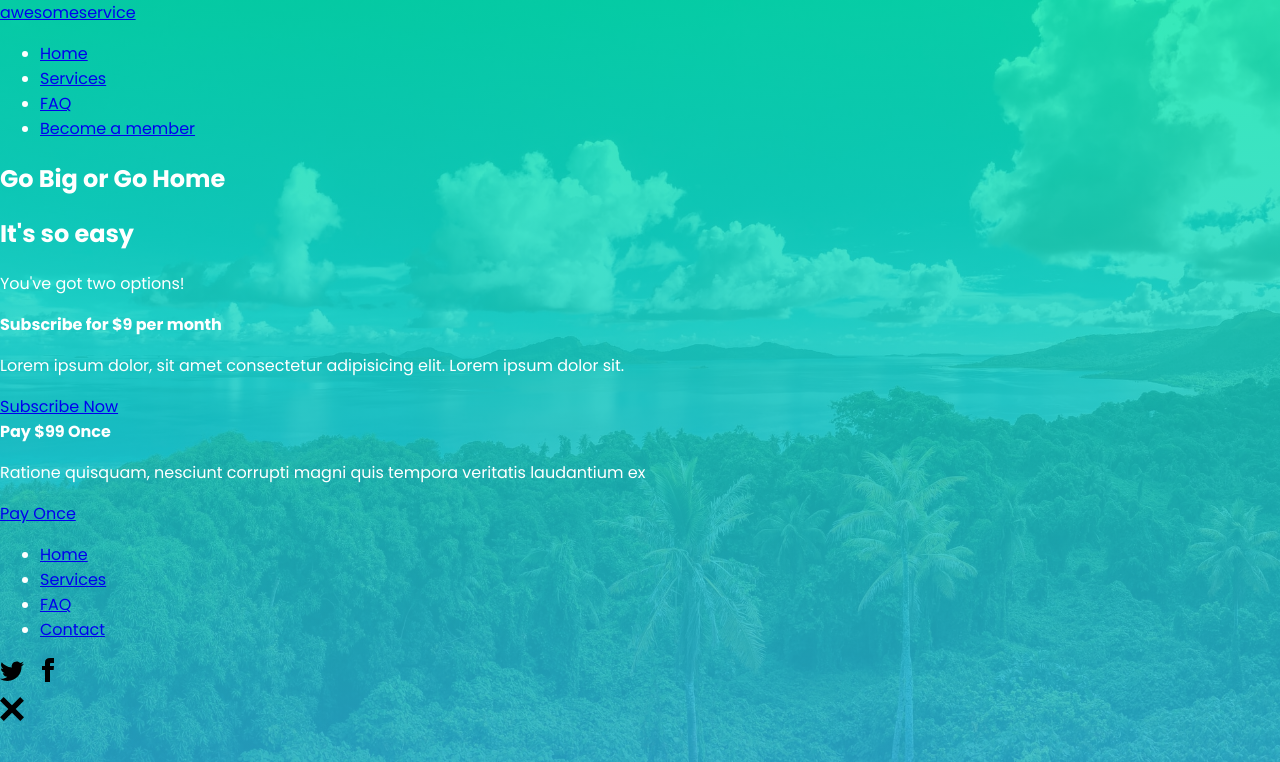
Repository: Hyperion72R/Animated-Navigation
Page: index.html
These files come from the project's save history. The page is drawn as it stood at one moment and after the next save; the edit follows.
The browser window is 1280 px wide. The pictures show the whole page.
The style sheet was rebuilt from its Sass, Less or Tailwind sources for each picture, by a compiler version that may differ from the author's.

Above is the page before, as saved 2021-08-14 15:41:44.

### index.html
<!DOCTYPE html>
<html lang="en">
  <head>
    <meta charset="UTF-8" />
    <meta http-equiv="X-UA-Compatible" content="IE=edge" />
    <meta name="viewport" content="width=device-width, initial-scale=1.0" />
    <title>Document</title>
    <link rel="stylesheet" href="css/main.css" />
  </head>
  <body>
    <header>
      <a href="#" class="logo">awesomeservice</a>

      <nav>
        <ul>
          <li><a href="#">Home</a></li>
          <li><a href="#">Services</a></li>
          <li><a href="#">FAQ</a></li>
          <li class="active"><a href="#">Become a member</a></li>
        </ul>
      </nav>
    </header>

    <section>
      <h1>Go Big or Go Home</h1>
    </section>

    <div class="overlay">
      <div class="left">
        <h2>It's so easy</h2>
        <p>You've got two options!</p>

        <div class="cards">
          <div class="card">
            <strong>Subscribe for $9 per month</strong>
            <p>
              Lorem ipsum dolor, sit amet consectetur adipisicing elit. Lorem
              ipsum dolor sit.
            </p>
            <a href="#" class="cta">Subscribe Now</a>
          </div>

          <div class="card">
            <strong>Pay $99 Once</strong>
            <p>
              Ratione quisquam, nesciunt corrupti magni quis tempora veritatis
              laudantium ex
            </p>
            <a href="#" class="cta pay-once">Pay Once</a>
          </div>
        </div>
      </div>

      <div class="middle">
        <ul class="secondary">
          <li><a href="#">Home</a></li>
          <li><a href="#">Services</a></li>
          <li><a href="#">FAQ</a></li>
          <li><a href="#">Contact</a></li>
        </ul>

        <div class="social-nav">
          <a href="" class="twitter"
            ><svg
              xmlns="http://www.w3.org/2000/svg"
              width="32"
              height="32"
              viewBox="0 -1.15 32 32"
            >
              <path
                d="M24 4.557c-.883.392-1.832.656-2.828.775 1.017-.609 1.798-1.574 2.165-2.724-.951.564-2.005.974-3.127 1.195-.897-.957-2.178-1.555-3.594-1.555-3.179 0-5.515 2.966-4.797 6.045-4.091-.205-7.719-2.165-10.148-5.144-1.29 2.213-.669 5.108 1.523 6.574-.806-.026-1.566-.247-2.229-.616-.054 2.281 1.581 4.415 3.949 4.89-.693.188-1.452.232-2.224.084.626 1.956 2.444 3.379 4.6 3.419-2.07 1.623-4.678 2.348-7.29 2.04 2.179 1.397 4.768 2.212 7.548 2.212 9.142 0 14.307-7.721 13.995-14.646.962-.695 1.797-1.562 2.457-2.549z"
              /></svg
          ></a>
          <a href="" class="facebook"
            ><svg
              xmlns="http://www.w3.org/2000/svg"
              width="32"
              height="32"
              viewBox="0 0 32 32"
            >
              <path
                d="M9 8h-3v4h3v12h5v-12h3.642l.358-4h-4v-1.667c0-.955.192-1.333 1.115-1.333h2.885v-5h-3.808c-3.596 0-5.192 1.583-5.192 4.615v3.385z"
              /></svg
          ></a>
        </div>
      </div>

      <div class="right">
        <svg
          class="exit"
          xmlns="http://www.w3.org/2000/svg"
          width="58"
          height="58"
          viewBox="0 0 58 58"
        >
          <path
            d="M24 20.188l-8.315-8.209 8.2-8.282-3.697-3.697-8.212 8.318-8.31-8.203-3.666 3.666 8.321 8.24-8.206 8.313 3.666 3.666 8.237-8.318 8.285 8.203z"
          />
        </svg>
      </div>
    </div>
  </body>
</html>

### css/main.scss
@import url("https://fonts.googleapis.com/css2?family=Poppins:ital,wght@0,400;0,500;0,600;0,700;0,800;0,900;1,400;1,500;1,600;1,700;1,800;1,900&display=swap");

*,
*:before,
*::after {
  box-sizing: border-box;
}

body {
  //   height: 100vh;
  //   background: #8000ff url("../assets/images/bg.jpg");
  background: linear-gradient(rgba(4, 230, 168, 0.8), rgba(44, 189, 230, 0.8)),
    url("../assets/images/bg.jpg");
  background-size: cover;
  color: white;
  font-family: "Poppins";
  margin: 0;
  //   overflow: hidden;
  background-repeat: no-repeat;
}

After the next save:
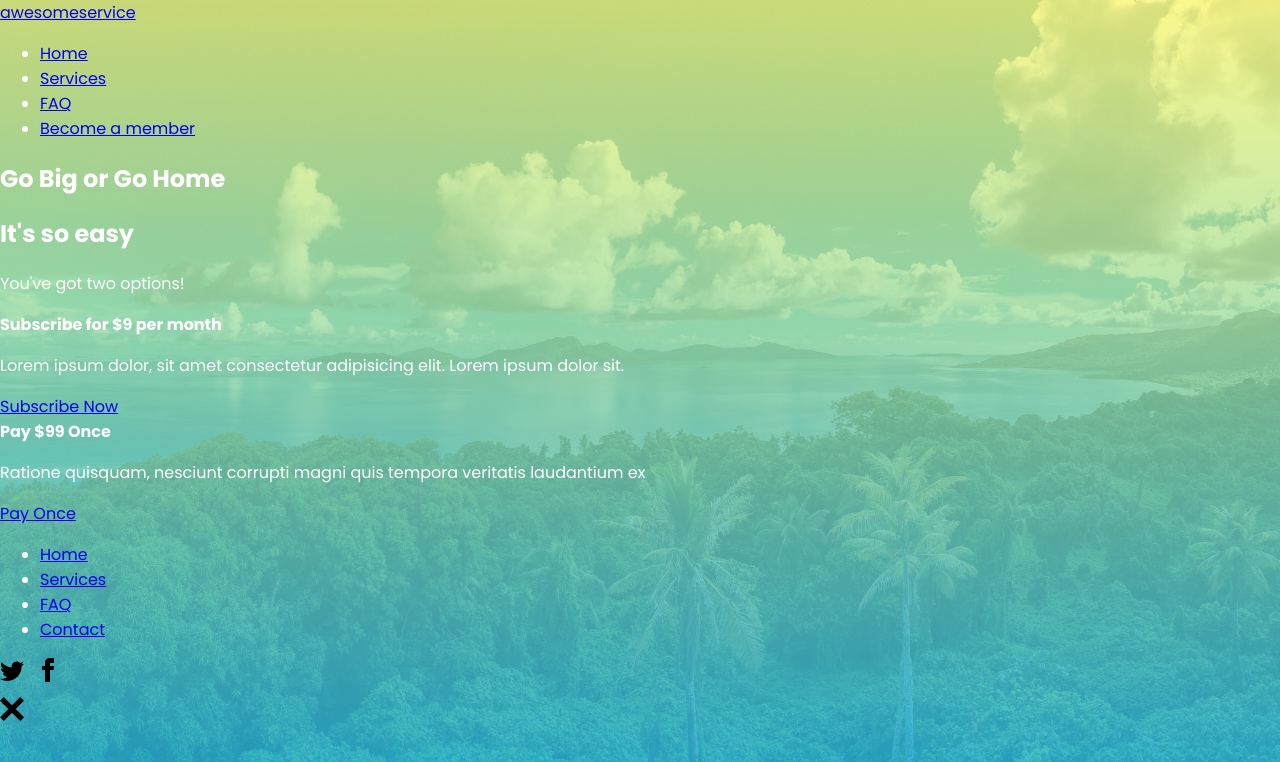
Saved 48 s later.
--- a/css/main.scss
+++ b/css/main.scss
@@ -9,7 +9,7 @@
 body {
   //   height: 100vh;
   //   background: #8000ff url("../assets/images/bg.jpg");
-  background: linear-gradient(rgba(4, 230, 168, 0.8), rgba(44, 189, 230, 0.8)),
+  background: linear-gradient(rgba(249, 248, 113, 0.8), rgba(44, 189, 230, 0.8)),
     url("../assets/images/bg.jpg");
   background-size: cover;
   color: white;

After the 2 saves that followed:
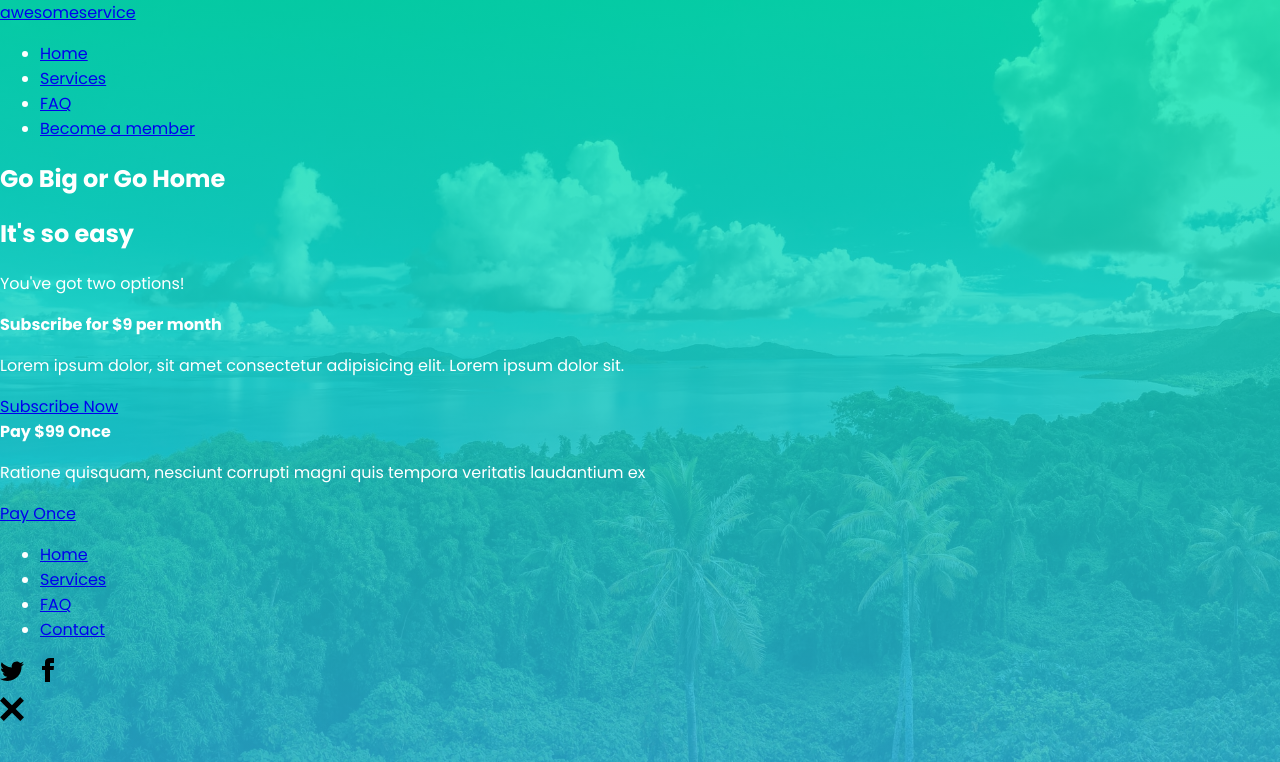
The 2 saves are shown as one change because they came seconds apart.
The last was saved 9 s later.
--- a/css/main.scss
+++ b/css/main.scss
@@ -9,7 +9,7 @@
 body {
   //   height: 100vh;
   //   background: #8000ff url("../assets/images/bg.jpg");
-  background: linear-gradient(rgba(249, 248, 113, 0.8), rgba(44, 189, 230, 0.8)),
+  background: linear-gradient(rgba(4, 230, 168, 0.8), rgba(44, 189, 230, 0.8)),
     url("../assets/images/bg.jpg");
   background-size: cover;
   color: white;
